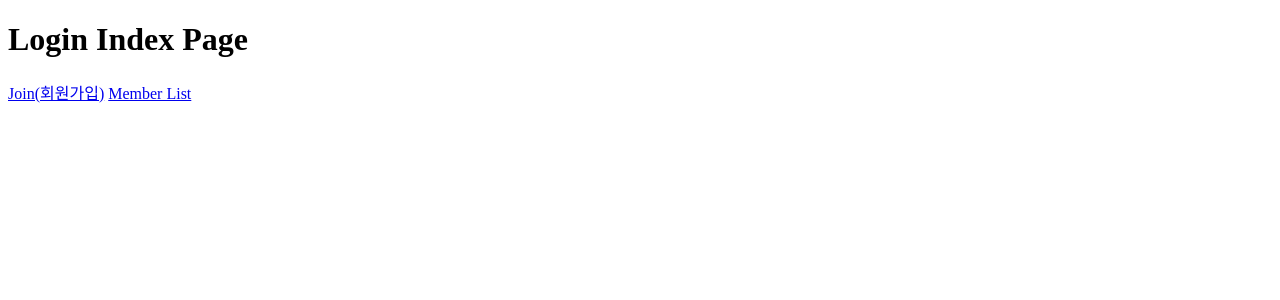
Repository: dhalfks/java2022_09_03
Page: http://localhost/member/
The author's editor kept a copy of each file at every save. The page is drawn from the files as they stood at one save, then again after the next save.
The browser window is 1280 px wide. The pictures show the whole page.
The page is served by Tomcat 9.

Above is the page before, as saved 2022-11-29 05:44:36.

After the next save:
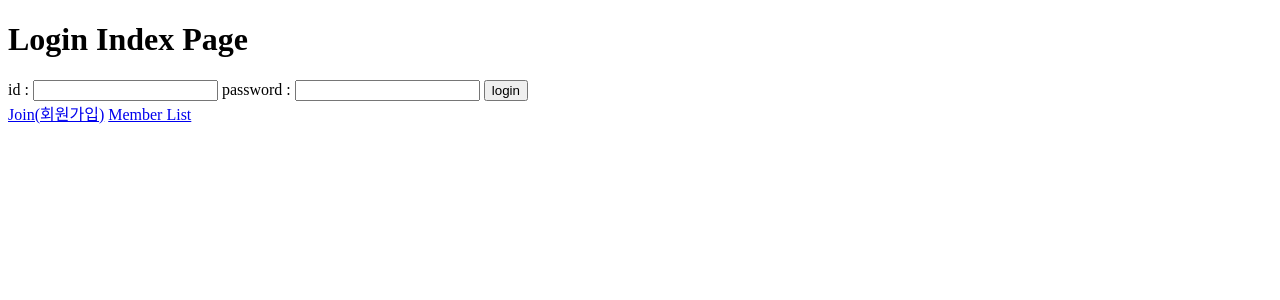
Saved 28 min 24 s later.
--- a/JSP_Member/member/src/main/webapp/index.jsp
+++ b/JSP_Member/member/src/main/webapp/index.jsp
@@ -8,7 +8,11 @@
 </head>
 <body>
 <h1>Login Index Page</h1>
-
+<form action="/mem/login" method="post">
+	id : <input type="text" name="id">
+	password : <input type="password" name="password">
+	<button type="submit">login</button>
+</form>
 
 
 <a href="/mem/join">Join(회원가입)</a>
